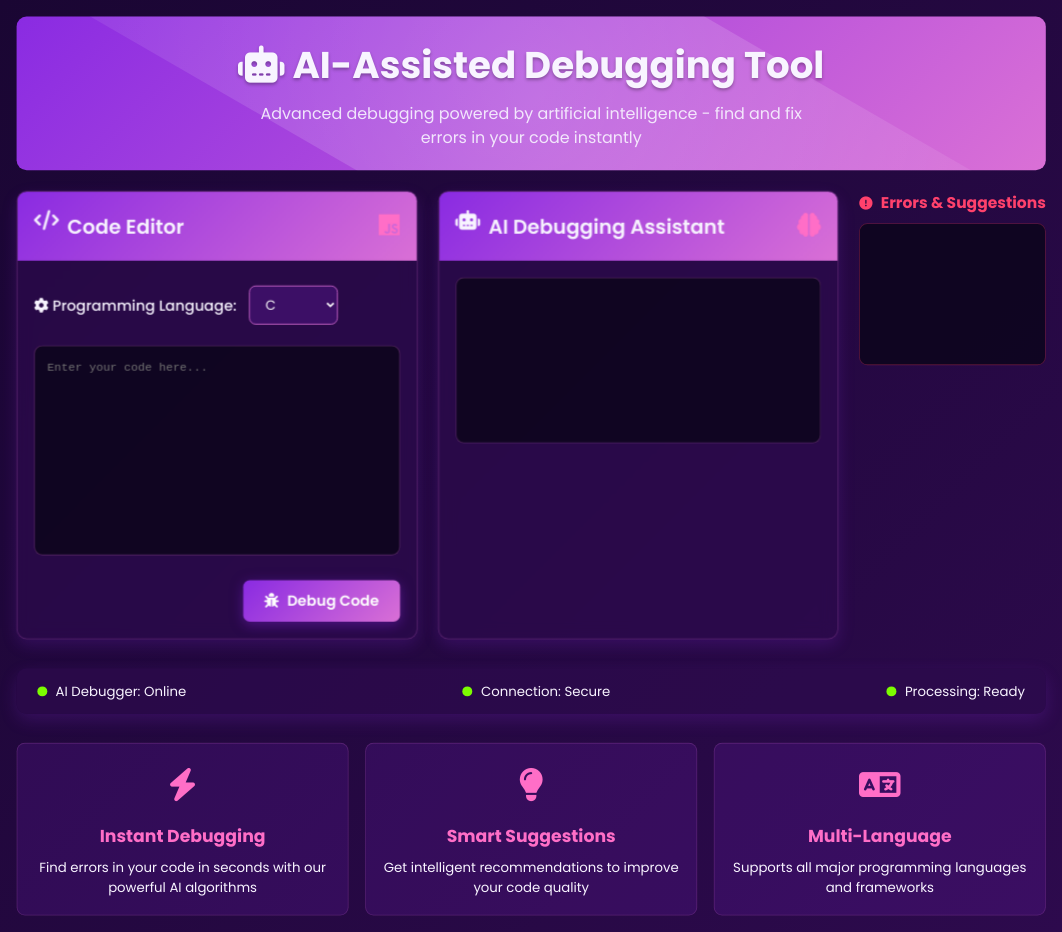
Repository: ujjwalkathait/AI-Asissted_Debugging_tool
Page: Frontend/public/index.html
These files come from the project's save history. The page is drawn as it stood at one moment and after the next save; the edit follows.
The browser window is 1280 px wide. The pictures show the whole page, at 83% of full size.

Above is the page before, as saved 2025-07-13 23:08:03.

### Frontend/public/index.html
<!DOCTYPE html>
<html lang="en">
<head>
    <meta charset="UTF-8">
    <meta name="viewport" content="width=device-width, initial-scale=1.0">
    <title>AI-Assisted Debugging Tool</title>
    <link href="https://fonts.googleapis.com/css2?family=Poppins:wght@300;400;500;600;700&display=swap" rel="stylesheet">
    <link rel="stylesheet" href="https://cdnjs.cloudflare.com/ajax/libs/font-awesome/6.4.0/css/all.min.css">
    <link rel="stylesheet" href="style.css">
</head>
<body>
    <div class="container">
        <header>
            <h1><i class="fas fa-robot"></i> AI-Assisted Debugging Tool</h1>
            <p>Advanced debugging powered by artificial intelligence - find and fix errors in your code instantly</p>
        </header>

        <div class="main-content">
            <div class="panel">
                <div class="panel-header">
                    <div class="panel-title">
                        <i class="fas fa-code floating"></i>
                        <span>Code Editor</span>
                    </div>
                    <div class="language-icon">
                        <i class="fab fa-js"></i>
                    </div>
                </div>
                <div class="panel-body">
                    <div class="editor-container">
                        <div class="language-selector">
                            <label for="language-select"><i class="fas fa-cog"></i> Programming Language:</label>
                            <select id="language-select">
                                <option>C</option>
                                <option>C++</option>
                                <option>Python</option>
                                <option>Java</option>
                            </select>
                        </div>
                        <textarea class="code-editor" id="code-input" placeholder="Enter your code here..."></textarea>
                        <button class="debug-btn" id="debug-button">
                            <i class="fas fa-bug"></i> Debug Code
                        </button>
                    </div>
                </div>
            </div>

            <div class="panel">
                <div class="panel-header">
                    <div class="panel-title">
                        <i class="fas fa-robot floating"></i>
                        <span>AI Debugging Assistant</span>
                    </div>
                    <div class="language-icon">
                        <i class="fas fa-brain"></i>
                    </div>
                </div>
                <div class="panel-body">
                    <div class="output-container">
                        <div class="ai-output" id="debug-output"></div>

                    </div>
                </div>
            </div>
            <div class="error-container">
                <div class="error-header">
                    <i class="fas fa-exclamation-circle"></i>
                    <h3>Errors & Suggestions</h3>
                </div>
                <div class="error-box" id="error-output"></div>
            </div>
        </div>

        <div class="status-bar">
            <div class="status-item">
                <div class="status-indicator"></div>
                <span>AI Debugger: Online</span>
            </div>
            <div class="status-item">
                <div class="status-indicator"></div>
                <span>Connection: Secure</span>
            </div>
            <div class="status-item">
                <div class="status-indicator"></div>
                <span>Processing: Ready</span>
            </div>
        </div>

        <div class="feature-grid">
            <div class="feature-card">
                <div class="feature-icon">
                    <i class="fas fa-bolt"></i>
                </div>
                <h3>Instant Debugging</h3>
                <p>Find errors in your code in seconds with our powerful AI algorithms</p>
            </div>
            <div class="feature-card">
                <div class="feature-icon">
                    <i class="fas fa-lightbulb"></i>
                </div>
                <h3>Smart Suggestions</h3>
                <p>Get intelligent recommendations to improve your code quality</p>
            </div>
            <div class="feature-card">
                <div class="feature-icon">
                    <i class="fas fa-language"></i>
                </div>
                <h3>Multi-Language</h3>
                <p>Supports all major programming languages and frameworks</p>
            </div>
        </div>
    </div>

    <script src="script.js"></script>
</body>
</html>

### Frontend/public/style.css
:root {
    --primary: #8A2BE2;
    --secondary: #DA70D6;
    --accent: #FF6EC7;
    --dark: #2D0A4D;
    --light: #F8F4FF;
    --text: #4A2A7C;
    --success: #7CFC00;
    --error: #FF416C;
    --border-radius: 12px;
    --transition: all 0.3s ease;
    --box-shadow: 0 8px 20px rgba(138, 43, 226, 0.2);
    --gradient: linear-gradient(135deg, var(--primary), var(--secondary));
}

* {
    margin: 0;
    padding: 0;
    box-sizing: border-box;
    font-family: 'Poppins', sans-serif;
}

body {
    background: linear-gradient(135deg, #1a0633, #2d0a4d);
    color: var(--light);
    min-height: 100vh;
    padding: 20px;
    display: flex;
    justify-content: center;
    align-items: center;
}

.container {
    width: 100%;
    max-width: 1600px;
    display: flex;
    flex-direction: column;
    gap: 25px;
}

header {
    text-align: center;
    padding: 25px;
    background: var(--gradient);
    border-radius: var(--border-radius);
    box-shadow: var(--box-shadow);
    animation: pulse 3s infinite;
    position: relative;
    overflow: hidden;
}

header::before {
    content: "";
    position: absolute;
    top: -50%;
    left: -50%;
    width: 200%;
    height: 200%;
    background: radial-gradient(circle, rgba(255,255,255,0.2) 0%, rgba(255,255,255,0) 70%);
    transform: rotate(30deg);
}

header h1 {
    font-size: 2.8rem;
    font-weight: 700;
    margin-bottom: 10px;
    text-shadow: 0 2px 4px rgba(0,0,0,0.3);
    position: relative;
}

header p {
    font-size: 1.2rem;
    opacity: 0.9;
    max-width: 700px;
    margin: 0 auto;
    position: relative;
}

.main-content {
    display: flex;
    gap: 25px;
    height: 75vh;
}

.panel {
    background: rgba(45, 10, 77, 0.7);
    backdrop-filter: blur(10px);
    border-radius: var(--border-radius);
    box-shadow: var(--box-shadow);
    overflow: hidden;
    display: flex;
    flex-direction: column;
    border: 1px solid rgba(218, 112, 214, 0.3);
    flex: 1;
}

.panel-header {
    padding: 20px;
    background: var(--gradient);
    display: flex;
    justify-content: space-between;
    align-items: center;
}

.panel-title {
    font-size: 1.5rem;
    font-weight: 600;
    display: flex;
    align-items: center;
    gap: 10px;
}

.panel-body {
    padding: 20px;
    flex: 1;
    display: flex;
    flex-direction: column;
    overflow: hidden;
}

.editor-container {
    flex: 1;
    display: flex;
    flex-direction: column;
    gap: 15px;
}

.language-selector {
    display: flex;
    align-items: center;
    gap: 15px;
    padding: 10px 0;
}

.language-selector label {
    font-size: 1.1rem;
    font-weight: 500;
}

select {
    padding: 10px 15px;
    background: rgba(138, 43, 226, 0.2);
    border: 1px solid var(--secondary);
    border-radius: 8px;
    color: white;
    font-size: 1rem;
    cursor: pointer;
    transition: var(--transition);
    outline: none;
}

select:focus {
    box-shadow: 0 0 0 3px rgba(218, 112, 214, 0.4);
}

.code-editor {
    flex: 1;
    background: rgba(10, 5, 25, 0.8);
    border-radius: 10px;
    border: 1px solid rgba(218, 112, 214, 0.3);
    padding: 15px;
    font-family: 'Courier New', monospace;
    font-size: 14px;
    color: #E6D4FF;
    line-height: 1.5;
    resize: none;
    transition: var(--transition);
}

.code-editor:focus {
    border-color: var(--accent);
    box-shadow: 0 0 0 3px rgba(255, 110, 199, 0.2);
}

.debug-btn {
    padding: 12px 25px;
    background: var(--gradient);
    color: white;
    border: none;
    border-radius: 8px;
    font-size: 1.1rem;
    font-weight: 600;
    cursor: pointer;
    transition: var(--transition);
    display: flex;
    align-items: center;
    justify-content: center;
    gap: 10px;
    margin-top: 15px;
    align-self: flex-end;
    box-shadow: 0 4px 15px rgba(138, 43, 226, 0.4);
}

.debug-btn:hover {
    transform: translateY(-3px);
    box-shadow: 0 6px 20px rgba(138, 43, 226, 0.6);
}

.debug-btn:active {
    transform: translateY(1px);
}

.output-container {
    flex: 1;
    display: flex;
    flex-direction: column;
    gap: 15px;
    overflow: hidden;
}

.ai-output {
    background: rgba(10, 5, 25, 0.8);
    border-radius: 10px;
    border: 1px solid rgba(218, 112, 214, 0.3);
    padding: 15px;
    font-family: 'Courier New', monospace;
    font-size: 14px;
    color: #E6D4FF;
    line-height: 1.5;
    overflow-y: auto;
    height: 200px;
}

.error-container {
    display: flex;
    flex-direction: column;
    gap: 10px;
    height: 210px;
}

.error-header {
    display: flex;
    align-items: center;
    gap: 10px;
    color: var(--error);
}

.error-box {
    background: rgba(10, 5, 25, 0.8);
    border-radius: 10px;
    border: 1px solid rgba(255, 65, 108, 0.3);
    padding: 15px;
    font-family: 'Courier New', monospace;
    font-size: 14px;
    color: #FFA8BA;
    line-height: 1.5;
    overflow-y: auto;
    height: 100%;
}
.error-box pre{
    margin: 0;
    white-space: pre-wrap;
    word-break: break-word;

}
.status-bar {
    display: flex;
    justify-content: space-between;
    padding: 15px 25px;
    background: rgba(45, 10, 77, 0.7);
    border-radius: var(--border-radius);
    box-shadow: var(--box-shadow);
    margin-top: 10px;
}

.status-item {
    display: flex;
    align-items: center;
    gap: 10px;
}

.status-indicator {
    width: 12px;
    height: 12px;
    border-radius: 50%;
    background: var(--success);
}

.status-indicator.error {
    background: var(--error);
}

.language-icon {
    font-size: 1.8rem;
    color: var(--accent);
}

.feature-grid {
    display: grid;
    grid-template-columns: repeat(3, 1fr);
    gap: 20px;
    margin-top: 10px;
}

.feature-card {
    background: rgba(138, 43, 226, 0.15);
    border-radius: 10px;
    padding: 20px;
    text-align: center;
    transition: var(--transition);
    border: 1px solid rgba(218, 112, 214, 0.2);
}

.feature-card:hover {
    transform: translateY(-5px);
    background: rgba(138, 43, 226, 0.25);
    box-shadow: 0 8px 20px rgba(138, 43, 226, 0.3);
}

.feature-icon {
    font-size: 2.5rem;
    color: var(--accent);
    margin-bottom: 15px;
}

.feature-card h3 {
    font-size: 1.3rem;
    margin-bottom: 10px;
    color: var(--accent);
}

/* Animations */
@keyframes pulse {
    0% { box-shadow: 0 0 0 0 rgba(138, 43, 226, 0.6); }
    70% { box-shadow: 0 0 0 15px rgba(138, 43, 226, 0); }
    100% { box-shadow: 0 0 0 0 rgba(138, 43, 226, 0); }
}

@keyframes float {
    0% { transform: translateY(0px); }
    50% { transform: translateY(-10px); }
    100% { transform: translateY(0px); }
}

.floating {
    animation: float 3s ease-in-out infinite;
}

/* Scrollbar styling */
::-webkit-scrollbar {
    width: 8px;
}

::-webkit-scrollbar-track {
    background: rgba(45, 10, 77, 0.3);
    border-radius: 4px;
}

::-webkit-scrollbar-thumb {
    background: var(--secondary);
    border-radius: 4px;
}

::-webkit-scrollbar-thumb:hover {
    background: var(--accent);
}

/* Responsive design */
@media (max-width: 1200px) {
    .main-content {
        flex-direction: column;
        height: auto;
    }

    .feature-grid {
        grid-template-columns: repeat(2, 1fr);
    }
}

@media (max-width: 768px) {
    .feature-grid {
        grid-template-columns: 1fr;
    }

    header h1 {
        font-size: 2.2rem;
    }

    .panel-header {
        padding: 15px;
    }
}

### Frontend/public/script.js
// document.addEventListener('DOMContentLoaded', function () {
//     const debugBtn = document.getElementById('debug-button');
//     const codeInput = document.getElementById('code-input');
//     const debugOutput = document.getElementById('debug-output');
//     const errorOutput = document.getElementById('error-output');
//     const languageSelect = document.getElementById('language-select');
//     const languageIcon = document.querySelector('.language-icon i');

//     // Language icons mapping
//     const languageIcons = {
//         'JavaScript': 'fab fa-js',
//         'Python': 'fab fa-python',
//         'Java': 'fab fa-java',
//         'C++': 'fas fa-c++',
//         'C': 'fas fa-c',
//         'TypeScript': 'fas fa-code',
//         'PHP': 'fab fa-php',
//         'Ruby': 'fas fa-gem'
//     };

//     // Update language icon when selection changes
//     languageSelect.addEventListener('change', function () {
//         const lang = this.value;
//         languageIcon.className = languageIcons[lang] || 'fas fa-code';
//     });

//     // Debug button functionality
//     debugBtn.addEventListener('click', async function () {
//         const code = codeInput.value.trim();
//         const language = languageSelect.value;

//         if (!code) {
//             errorOutput.innerHTML = `<pre style="color:orange;">⚠️ Please enter some code before debugging.</pre>`;
//             return;
//         }

//         // UI feedback
//         debugBtn.innerHTML = '<i class="fas fa-spinner fa-spin"></i> Debugging...';
//         debugBtn.disabled = true;
//         debugOutput.textContent = '';
//         errorOutput.innerHTML = '';

//         try {
//             const response = await fetch("http://localhost:3000/debug", {
//                 method: "POST",
//                 headers: {
//                     "Content-Type": "application/json"
//                 },
//                 body: JSON.stringify({ code, language })
//             });

//             if (!response.ok) {
//                 throw new Error("Server error while debugging.");
//             }

//             const result = await response.json();

//             // Show corrected code
//             // debugOutput.textContent = result.fixedCode || "// No corrections found.";
//             debugOutput.innerHTML = `<pre>${result.fixedCode || "// No corrections found."}</pre>`;


//             // Show errors or success
//             if (result.errors) {
//                 errorOutput.innerHTML = `<pre style="color:red;">${result.errors}</pre>`;
//             } else {
//                 errorOutput.innerHTML = `<pre style="color:lightgreen;">✅ No syntax errors detected.</pre>`;
//             }

//         } catch (err) {
//             errorOutput.innerHTML = `<pre style="color:red;">⚠️ Error: ${err.message}</pre>`;
//         } finally {
//             // Reset button state
//             debugBtn.innerHTML = '<i class="fas fa-bug"></i> Debug Code';
//             debugBtn.disabled = false;
//             debugBtn.style.background = 'linear-gradient(135deg, #00c853, #7cfc00)';
//             setTimeout(() => {
//                 debugBtn.style.background = 'var(--gradient)';
//             }, 2000);
//         }
//     });

//     // Add example code on first click (optional)
//     codeInput.addEventListener('click', function () {
//         if (this.value === '') {
//             this.value = '';
//         }
//     });
// });

document.addEventListener('DOMContentLoaded', function () {
    const debugBtn = document.getElementById('debug-button');
    const codeInput = document.getElementById('code-input');
    const debugOutput = document.getElementById('debug-output');
    const errorOutput = document.getElementById('error-output');
    const languageSelect = document.getElementById('language-select');
    const languageIcon = document.querySelector('.language-icon i');

    const languageIcons = {
        'JavaScript': 'fab fa-js',
        'Python': 'fab fa-python',
        'Java': 'fab fa-java',
        'C++': 'fas fa-c++',
        'C': 'fas fa-c',
        'TypeScript': 'fas fa-code',
        'PHP': 'fab fa-php',
        'Ruby': 'fas fa-gem'
    };

    languageSelect.addEventListener('change', function () {
        const lang = this.value;
        languageIcon.className = languageIcons[lang] || 'fas fa-code';
    });

    debugBtn.addEventListener('click', async function () {
        const code = codeInput.value.trim();
        const language = languageSelect.value;

        if (!code) {
            errorOutput.innerHTML = `<pre style="color:orange;">⚠️ Please enter some code before debugging.</pre>`;
            return;
        }

        debugBtn.innerHTML = '<i class="fas fa-spinner fa-spin"></i> Debugging...';
        debugBtn.disabled = true;
        debugOutput.textContent = '';
        errorOutput.innerHTML = '';

        try {
            const response = await fetch("http://localhost:3000/debug", {
                method: "POST",
                headers: {
                    "Content-Type": "application/json"
                },
                body: JSON.stringify({ code, language })
            });

            if (!response.ok) {
                throw new Error("Server error while debugging.");
            }

            const result = await response.json();

            debugOutput.innerHTML = `<pre>${result.fixedCode || "// No corrections found."}</pre>`;

            if (result.errors) {
                errorOutput.innerHTML = `<pre style="color:red;">${result.errors}</pre>`;
            } else {
                errorOutput.innerHTML = `<pre style="color:lightgreen;">✅ No syntax errors detected.</pre>`;
            }

            if (result.explanation) {
                errorOutput.innerHTML += `<br><pre style="color:deepskyblue;">💡 Gemini says: ${result.explanation}</pre>`;
            }

        } catch (err) {
            errorOutput.innerHTML = `<pre style="color:red;">⚠️ Error: ${err.message}</pre>`;
        } finally {
            debugBtn.innerHTML = '<i class="fas fa-bug"></i> Debug Code';
            debugBtn.disabled = false;
            debugBtn.style.background = 'linear-gradient(135deg, #00c853, #7cfc00)';
            setTimeout(() => {
                debugBtn.style.background = 'var(--gradient)';
            }, 2000);
        }
    });

    codeInput.addEventListener('click', function () {
        if (this.value === '') {
            this.value = '';
        }
    });
});

After the next save:
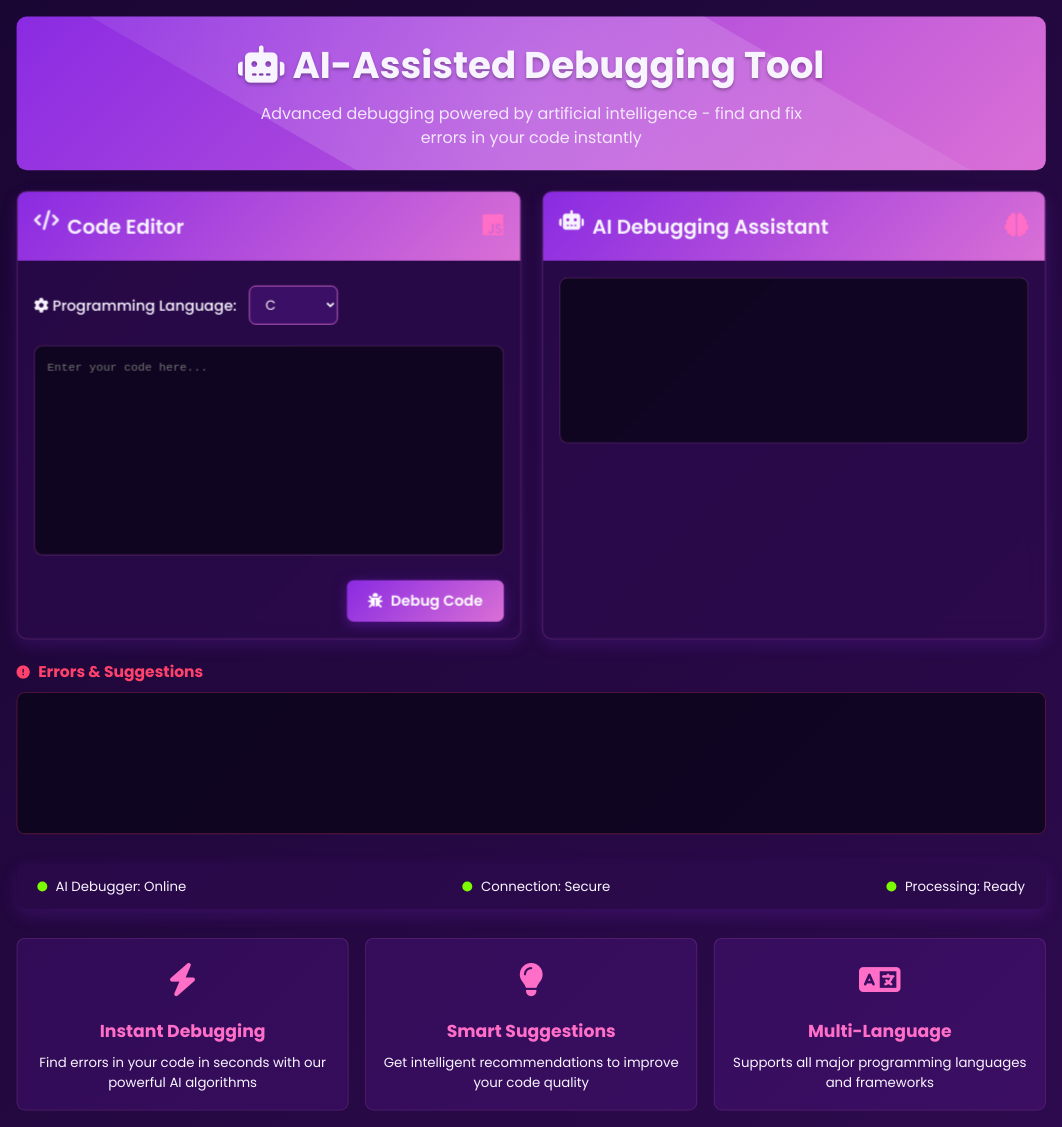
Saved 45 s later.
--- a/Frontend/public/index.html
+++ b/Frontend/public/index.html
@@ -62,13 +62,13 @@
                     </div>
                 </div>
             </div>
-            <div class="error-container">
-                <div class="error-header">
-                    <i class="fas fa-exclamation-circle"></i>
-                    <h3>Errors & Suggestions</h3>
-                </div>
-                <div class="error-box" id="error-output"></div>
+        </div>
+        <div class="error-container">
+            <div class="error-header">
+                <i class="fas fa-exclamation-circle"></i>
+                <h3>Errors & Suggestions</h3>
             </div>
+            <div class="error-box" id="error-output"></div>
         </div>
 
         <div class="status-bar">
